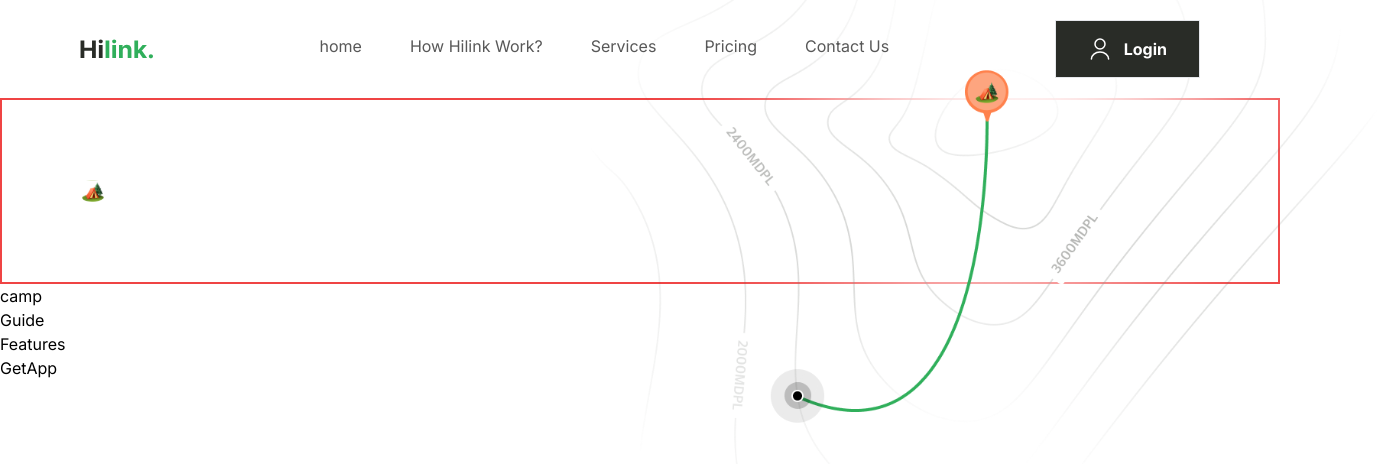
Repository: abdulrahmanmahmood/Travel-App
Page: /
These files come from the project's save history. The page is drawn as it stood at one moment and after the next save; the edit follows.
The browser window is 1280 px wide. The page is 1392 px wide, so the pictures cover 1392 px, including what lies to the right of the window. The pictures show the whole page.
The project was rebuilt for these pictures with package versions that can differ from the ones it lists, and the page was loaded fresh each time. The framework's server and built-in components were replaced by stand-ins that run in the browser. Also part of the build but not shown: next.config.js.

Above is the page before, as saved 2023-11-01 14:10:37.

### app/layout.tsx
import './globals.css'
import type { Metadata } from 'next';
import './globals.css'
import Navbar from '@/components/Navbar';


export const metadata: Metadata = {
  title: 'Travel',
  description: 'Travel UI/UX App for camping',
}

export default function RootLayout({
  children,
}: {
  children: React.ReactNode
}) {
  return (
    <html lang="en">
      <body >
        <Navbar/>
        {children}
      </body>
    </html>
  )
}

### app/page.tsx
import Features from "@/components/Features"
import GetApp from "@/components/GetApp"
import Guide from "@/components/Guide"
import Hero from "@/components/Hero"
import Camp from "@/components/camp"

export default function Home() {
  return (
    <>
    <Hero/>
    <Camp/>
    <Guide/>
    <Features/>
    <GetApp/>
 </>
  )
}

### components/Navbar.tsx
import { NAV_LINKS } from "@/constants";
import Image from "next/image";
import Link from "next/link";
import Button from "./Button";

const Navbar = () => {
  return (
    <nav
      className=" flexBetween max-container padding-container relative z-30
    py-5"
    >
      <Link href="/">
        <Image src="/hilink-logo.svg" alt="logo" width={74} height={28} />
      </Link>
      <ul className="hidden h-full gap-12 lg:flex">
        {NAV_LINKS.map((link) => (
          <Link
            href={link.href}
            key={link.key}
            className="regular-16 text-gray-50 flexCenter cursor-pointer pb-1.5 transition-all hover:font-bold"
          >
            {link.label}
          </Link>
        ))}
      </ul>
      <div className="lg:flexCenter  hidden ">
        <Button
          type="button"
          title="Login"
          icon="/user.svg"
          variant="btn_dark_green"
        />
      </div>
      <Image
        src="/menu.svg"
        alt="menu"
        width={32}
        height={32}
        className="inline-block cursor-pointer lg:hidden"
      />
    </nav>
  );
};

export default Navbar;

### components/Features.tsx


function Features() {
  return (
    <div>Features</div>
  )
}

export default Features

### components/GetApp.tsx


function GetApp() {
  return (
    <div>GetApp</div>
  )
}

export default GetApp

### components/Guide.tsx


function Guide() {
  return (
    <div>Guide</div>
  )
}

export default Guide

### components/Hero.tsx
import Image from "next/image";

function Hero() {
  return (
    <section className="max-container padding-container flex flex-col gap-20
    py-10 pb-32 md:gap-27 lg:py-20  xl:flex-row border-2 border-red-500">
      <div className="hero-map"/>
      {/* LEFT */}
      <div className="relative z-20 flex flex-1 flex-col xl:w-1/2">
        <Image src='/camp.svg' alt="camp" width={22} height={22}/>
      </div>
    </section>
  );
}

export default Hero;

### components/camp.tsx


function camp() {
  return (
    <div>camp</div>
  )
}

export default camp

### constants/index.ts
export const NAV_LINKS = [
  {href:"/", key:"home", label:"home"},
  { href: '/', key: 'how_hilink_work', label: 'How Hilink Work?' },
  { href: '/', key: 'services', label: 'Services' },
  { href: '/', key: 'pricing ', label: 'Pricing ' },
  { href: '/', key: 'contact_us', label: 'Contact Us' },
]

### components/Button.tsx
import Image from "next/image";

type ButtonProps ={
  type:'button'| 'submit';
  title:string;
  icon?:string;
  variant:'btn_dark_green'

}


function Button({type, title, icon, variant}: ButtonProps) {
  return (
    <button type={type} className={`flexCenter gap-3 roudned-full border ${variant}`}>

      {icon && <Image src={icon} alt={title} width={24} height={24}/>}
      <label className="bold-16 whitespace-nowrap">{title}</label>
    </button>
  )
}

export default Button

Loaded but not shown: app/globals.css (common file); tailwind.config.ts (common file)

After the next save:
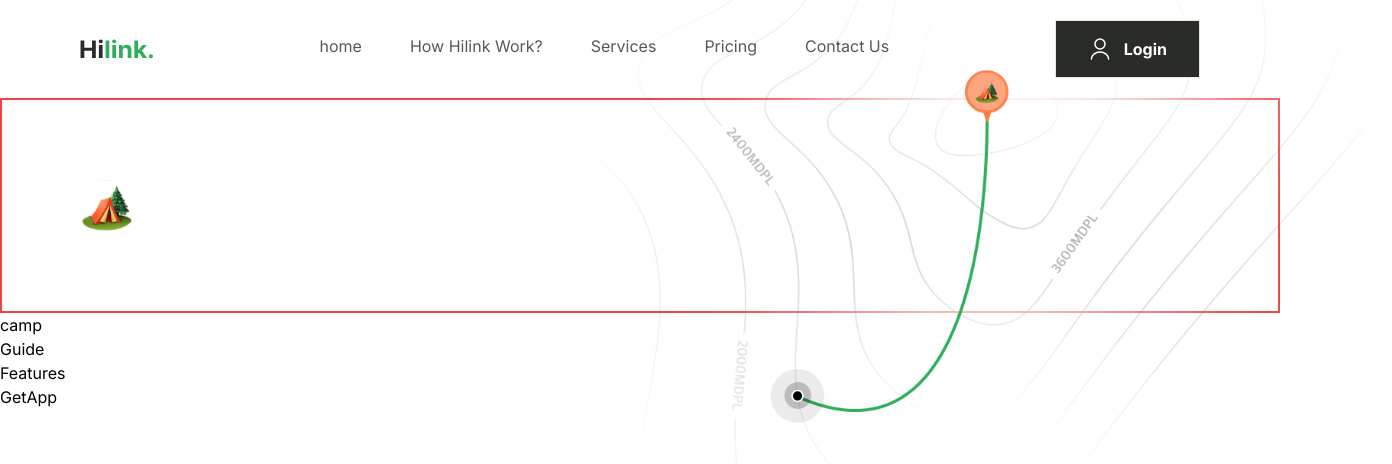
Saved 27 s later.
--- a/components/Hero.tsx
+++ b/components/Hero.tsx
@@ -7,7 +7,7 @@ function Hero() {
       <div className="hero-map"/>
       {/* LEFT */}
       <div className="relative z-20 flex flex-1 flex-col xl:w-1/2">
-        <Image src='/camp.svg' alt="camp" width={22} height={22}/>
+        <Image src='/camp.svg' alt="camp" width={50} height={50}/>
       </div>
     </section>
   );
